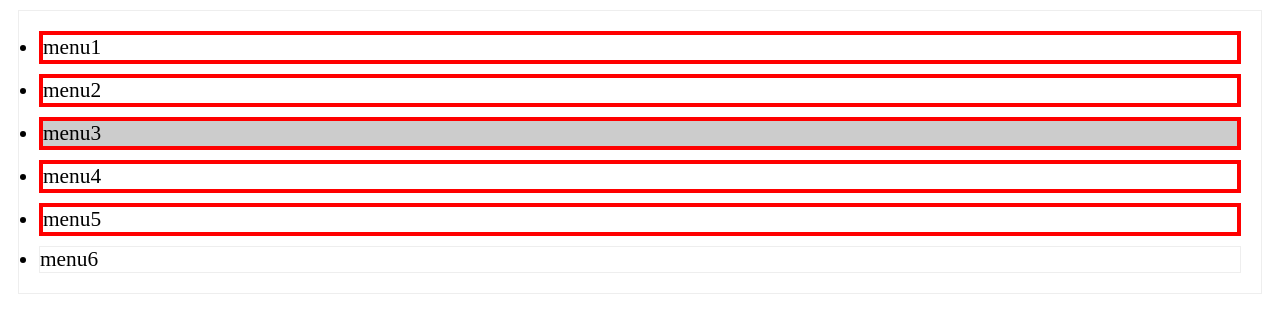
Repository: swc0516s/EZEN-JS
Page: JavaScript Workspace Lecture/JavaScript_jQuery_03/WebContent/Chapter03/3_11.html
These files come from the project's save history. The page is drawn as it stood at one moment and after the next save; the edit follows.
The browser window is 1280 px wide. The pictures show the whole page.

Above is the page before, as saved 2022-03-18 02:35:50.

### JavaScript Workspace Lecture/JavaScript_jQuery_03/WebContent/Chapter03/3_11.html
<!DOCTYPE html>
<html>
<head>
<meta charset="UTF-8">
<title>Insert title here</title>
<style type="text/css">
body {
	font-size: 16pt;
	font-family: "굴림";
}

div, p, ul, li {
	border: 1px #eeeeee solid;
	margin: 10px;
}

ul {
	padding: 10px;
}

li.select {
	background-color: #ccc;
}
</style>
<script type="text/javascript" src="../libs/jquery-3.6.0.min.js"></script>
<script type="text/javascript">
	// 마지막 노드 (menu6)의 모든 형제 노드를 찾아 border속성을("4px solid #f00")으로 변경
	$(document).ready(function() {
		//var last = $("ul.menu").children().last();
		var last = $("ul.menu").children().last();
		last.prevAll().css("border", "4px solid #f00");
	});
</script>
</head>
<body>
	<ul class="menu">
		<li>menu1</li>
		<li>menu2</li>
		<li class="select">menu3</li>
		<li>menu4</li>
		<li>menu5</li>
		<li>menu6</li>
	</ul>
</body>
</html>

Loaded but not shown: JavaScript Workspace Lecture/JavaScript_jQuery_03/WebContent/libs/jquery-3.6.0.min.js (library)

After the next save:
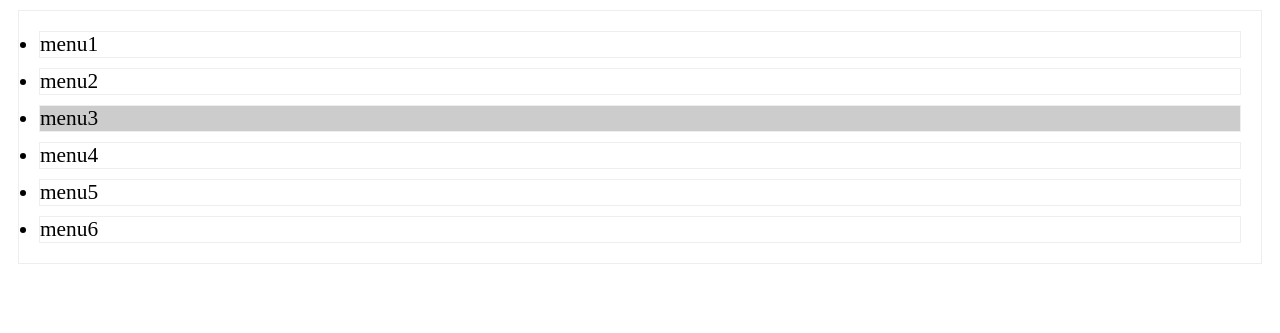
Console error (its wording comes from the project's code and is left out).
Saved 8 s later.
--- a/JavaScript Workspace Lecture/JavaScript_jQuery_03/WebContent/Chapter03/3_11.html
+++ b/JavaScript Workspace Lecture/JavaScript_jQuery_03/WebContent/Chapter03/3_11.html
@@ -27,7 +27,7 @@
 	// 마지막 노드 (menu6)의 모든 형제 노드를 찾아 border속성을("4px solid #f00")으로 변경
 	$(document).ready(function() {
 		//var last = $("ul.menu").children().last();
-		var last = $("ul.menu").children().last();
+		var last = $("ul.menu li:list");
 		last.prevAll().css("border", "4px solid #f00");
 	});
 </script>

After the save that followed:
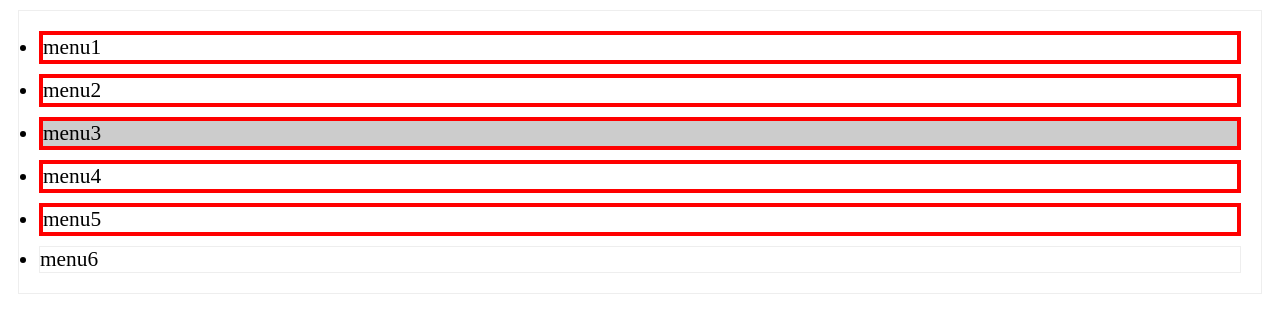
The error is gone.
Saved 12 s later.
--- a/JavaScript Workspace Lecture/JavaScript_jQuery_03/WebContent/Chapter03/3_11.html
+++ b/JavaScript Workspace Lecture/JavaScript_jQuery_03/WebContent/Chapter03/3_11.html
@@ -27,7 +27,7 @@
 	// 마지막 노드 (menu6)의 모든 형제 노드를 찾아 border속성을("4px solid #f00")으로 변경
 	$(document).ready(function() {
 		//var last = $("ul.menu").children().last();
-		var last = $("ul.menu li:list");
+		var last = $("ul.menu li:last");
 		last.prevAll().css("border", "4px solid #f00");
 	});
 </script>
